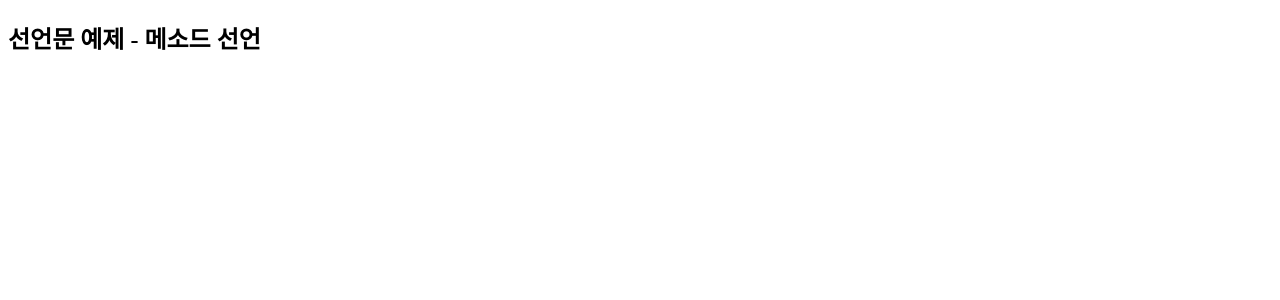
Repository: Tak-kuen/18-2
Page: http://localhost/studyjsp/110_declarationTest2.jsp
The author's editor kept a copy of each file at every save. The page is drawn from the files as they stood at one save, then again after the next save.
The browser window is 1280 px wide. The pictures show the whole page.
The page is served by Tomcat 9. Other server files are loaded and not shown.

Above is the page before, as saved 2018-08-30 02:22:36.

### code/studyjsp/WebContent/110_declarationTest2.jsp
<%@ page language="java" contentType="text/html; charset=UTF-8"
    pageEncoding="UTF-8"%>
<!DOCTYPE html>
<html>
<head>
<meta charset="UTF-8">
<title>선언문 예제 - 메소드 선언</title>
</head>
<body>
 <h2>선언문 예제 - 메소드 선언</h2>

</body>
</html>

After the next save:
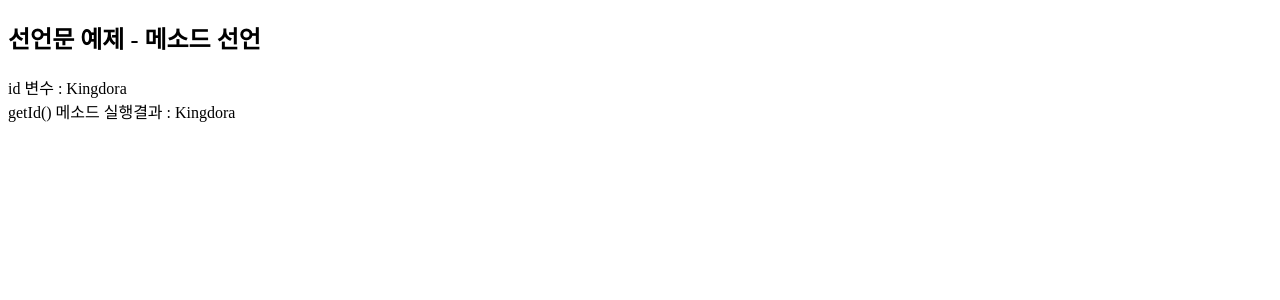
Saved 71 s later.
--- a/code/studyjsp/WebContent/110_declarationTest2.jsp
+++ b/code/studyjsp/WebContent/110_declarationTest2.jsp
@@ -8,6 +8,15 @@
 </head>
 <body>
  <h2>선언문 예제 - 메소드 선언</h2>
+ <%!
+ String id = "Kingdora";
+ public String getId() {
+ 	return id;
+ }
+ %>
+
+ id 변수 : <%= id %><br/>
+ getId() 메소드 실행결과 : <%= getId() %>
 
 </body>
 </html>
